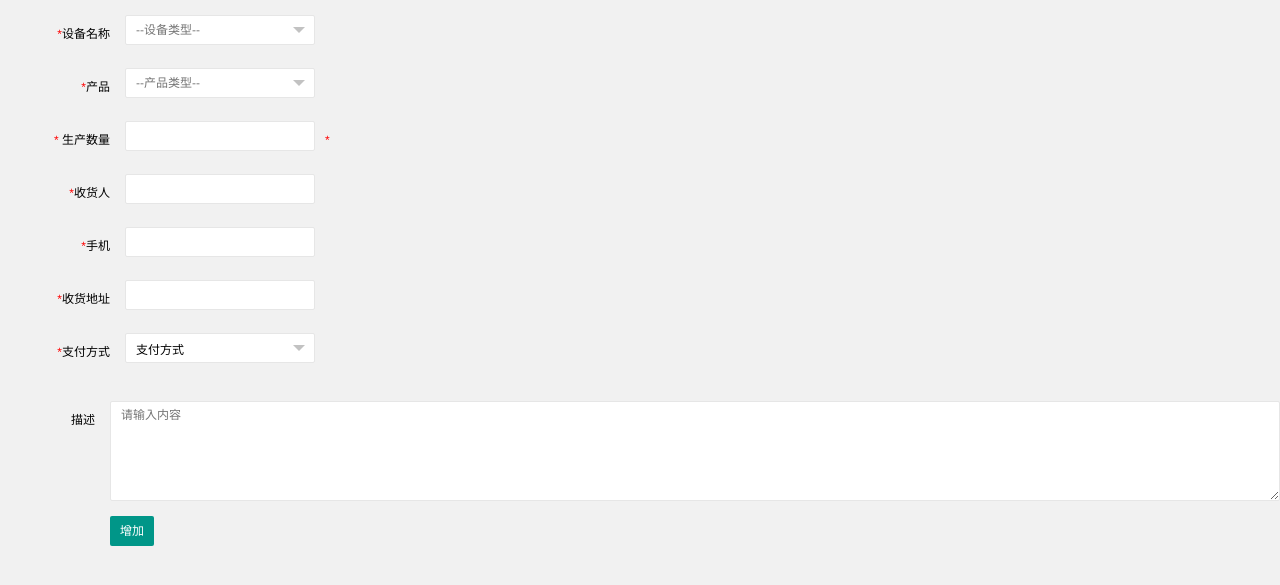
Repository: dfy777/DR-IntelligentManager
Page: IntelligentManager/src/main/resources/static/order-add.html
The author's editor kept a copy of each file at every save. The page is drawn from the files as they stood at one save, then again after the next save.
The browser window is 1280 px wide. The pictures show the whole page.
The page's requests for data from a server got no answer.

Above is the page before, as saved 2021-04-28 07:36:13.

### IntelligentManager/src/main/resources/static/order-add.html
<!DOCTYPE html>
<html class="x-admin-sm">

    <head>
        <meta charset="UTF-8">
        <title>欢迎页面-X-admin2.2</title>
        <meta name="renderer" content="webkit">
        <meta http-equiv="X-UA-Compatible" content="IE=edge,chrome=1">
        <meta name="viewport" content="width=device-width,user-scalable=yes, minimum-scale=0.4, initial-scale=0.8,target-densitydpi=low-dpi" />
        <link rel="stylesheet" href="./css/font.css">
        <link rel="stylesheet" href="./css/xadmin.css">
        <script type="text/javascript" src="./lib/layui/layui.js" charset="utf-8"></script>
        <script type="text/javascript" src="./js/xadmin.js"></script>
        <!-- 让IE8/9支持媒体查询，从而兼容栅格 -->
        <!--[if lt IE 9]>
            <script src="https://cdn.staticfile.org/html5shiv/r29/html5.min.js"></script>
            <script src="https://cdn.staticfile.org/respond.js/1.4.2/respond.min.js"></script>
        <![endif]-->
    </head>

    <body>
        <div class="layui-fluid">
            <div class="layui-row">
                <form class="layui-form">
                    <div class="layui-form-item">
                        <label for="device" class="layui-form-label">
                            <span class="x-red">*</span>设备名称</label>
                        <div class="layui-input-inline">
                            <select id="shipping" name="shipping" class="valid" lay-filter="changedev" lay-verify="required">
                                <option value="">--设备类型--</option>
                            </select>
                        </div>
                    </div>
                    <div class="layui-form-item">
                        <label for="product" class="layui-form-label">
                            <span class="x-red">*</span>产品</label>
                        <div class="layui-input-inline">
                            <select id="productlist" name="productlist" class="valid" lay-filter="prod">
                                <option value="">--产品类型--</option>
                            </select>
                        </div>
                    </div>
                    <div class="layui-form-item">
                        <label for="prodnum" class="layui-form-label">
                            <span class="x-red">*</span>
							<span id="prod-num-limit">生产数量</span>
                        </label>
                        <div class="layui-input-inline">
                            <input type="text" id="prodnum" name="prodnum" required="" lay-verify="prodnumlimit"
                            autocomplete="off" class="layui-input">
                        </div>
                        <div class="layui-form-mid layui-word-aux">
                            <span class="x-red">*</span>
                        </div>
                    </div>
                    <div class="layui-form-item">
                        <label for="username" class="layui-form-label">
                            <span class="x-red">*</span>收货人
                        </label>
                        <div class="layui-input-inline">
                            <input type="text" id="username" name="username" required="" lay-verify="required" autocomplete="off" class="layui-input">
                        </div>
                    </div>
                    <div class="layui-form-item">
                        <label for="phone" class="layui-form-label">
                            <span class="x-red">*</span>手机
                        </label>
                        <div class="layui-input-inline">
                            <input type="text" id="phone" name="phone" required="" lay-verify="phone" autocomplete="off" class="layui-input">
                        </div>
                    </div>
                    <div class="layui-form-item">
                        <label for="username" class="layui-form-label">
                            <span class="x-red">*</span>收货地址
                        </label>
                        <div class="layui-input-inline">
                            <input type="text" id="username" name="username" required="" lay-verify="required" autocomplete="off" class="layui-input">
                        </div>
                    </div>
                    <div class="layui-form-item">
                        <label for="username" class="layui-form-label">
                            <span class="x-red">*</span>支付方式
                        </label>
                        <div class="layui-input-inline">
                            <select name="contrller">
                                <option>支付方式</option>
                                <option>支付宝</option>
                                <option>微信</option>
                                <option>货到付款</option>
                            </select>
                        </div>
                    </div>
                </form>
            </div>
        </div>

        <div class="layui-form-item layui-form-text">
            <label for="desc" class="layui-form-label">描述</label>
            <div class="layui-input-block">
                <textarea placeholder="请输入内容" id="desc" name="desc" class="layui-textarea"></textarea>
            </div>
        </div>
        <div class="layui-form-item">
            <label for="L_repass" class="layui-form-label"></label>
            <button class="layui-btn" lay-filter="add" lay-submit="">增加</button>
        </div>
        </form>
        </div>
        </div>


        <script>
	        var devicename = new Array;
	    	devicename.push("轮盘式发酵翻堆机");
	    	devicename.push("腻子粉生产设备");
	    	devicename.push("水处理设备");
	    	devicename.push("矿泉水生产设备");
	    	devicename.push("尿素生产机械");
	    	devicename.push("玉米面加工设备");
	    	devicename.push("煤枕木生产设备");

	        var device = new Array();
	        device["轮盘式发酵翻堆机"] = ["有机肥"];
	        device["腻子粉生产设备"] = ["腻子粉"];
	        device["水处理设备"] = ["纯水"];
	        device["矿泉水生产设备"] = ["桶装水"];
	        device["尿素生产机械"] = ["玻璃水洗车液","柴油机尾气处理液","尿素"];
	        device["玉米面加工设备"] = ["玉米面"];
	        device["煤枕木生产设备"] = ["枕木"];

	        var prodname = new Array();
	        prodname["有机肥"] = 10;
	        prodname["腻子粉"] = 30;
	        prodname["纯水"] = 25;
	        prodname["桶装水"] = 10;
	        prodname["玻璃水洗车液"] = 50;
	        prodname["柴油机尾气处理液"] = 35;
	        prodname["尿素"] = 15;
	        prodname["玉米面"] = 25;
	        prodname["枕木"] = 25;


	        var device_manage = new Array();
	        device_manage["轮盘式发酵翻堆机"] = 0;
	        device_manage["腻子粉生产设备"] = 0;
	        device_manage["水处理设备"] = 0;
	        device_manage["矿泉水生产设备"] = 0;
	        device_manage["尿素生产机械"] = 0;
	        device_manage["玉米面加工设备"] = 0;
	        device_manage["煤枕木生产设备"] = 0;

            function devicetypename() {
                var devicetypes = document.getElementById("shipping");
                // var gametypes = $("#gametype");
                for (var i in device) {
                    devicetypes.add(new Option(i, i), null);
                }
            }
            //window.onload = devicetypename();
        </script>

		<script>
            layui.use(['form', 'layer'],
            function() {
                $ = layui.jquery;
                var form = layui.form,
                layer = layui.layer;

                $.ajax({
                    type:'get',
                    url:'/home/factory/device/find-deviceinfo',
                    success: function (res) {
                        var successData = JSON.stringify(res);


                        if (res.code == 20000) {
                        	var devicetypes = document.getElementById("shipping");
                        	for (i = 0; i < devicename.length; i++) {
                        	    if (res.data[devicename[i]] != null) {
                        	    	device_manage[devicename[i]] = res.data[devicename[i]];
                        	    	devicetypes.add(new Option(devicename[i], devicename[i]), null);
                        	    }
                        	}
                        	form.render('select');
                        }

                        if (res.data == 30005) {
                        	alert("error:找不到相关数据");
                        }

                    },
                    error: function (res) {
                        var errorData = JSON.stringify(res);
                        alert("error:通信错误");
                    }

                });

                //自定义验证规则
                form.verify({
                    prodnumlimit: function(value) {
                    	if (parseInt(value) < 0) {
                    		return "请输入大于0的数字"
                    	}

                    	if (isNaN(value)) {
                            return "请输入纯数字";
                        }

                    	var selectprod = document.getElementById("productlist").value;
                    	var selectdevice = document.getElementById("shipping").value;
                    	if (device_manage[selectdevice] != null && prodname[selectprod] != null) {
                    		var numlimit = prodname[selectprod] * device_manage[selectdevice];
                            if (parseInt(value) > parseInt(numlimit)) {
                            	return "超出生产数量了";
                            }
                    	}
                    }
                });


                form.on('select(changedev)',function(data) {
                    var selectdevice = document.getElementById("shipping").value;
                    var productlist = document.getElementById("productlist");

                    $("#productlist").empty();

                    for (var i in device) {
                        if (i == selectdevice) {
                            for (var j in device[i]) {
                                proHtml = '<option value="' + device[i][j] + '">' + device[i][j] + '</option>';
                                $("select[name=productlist]").append(proHtml);
                            }
                        }
                    }
                    form.render('select');

                    var selectprod = document.getElementById("productlist").value;
                    if (device_manage[selectdevice] != null) {
                    	var numlimit = prodname[selectprod] * device_manage[selectdevice];
                        document.getElementById("prod-num-limit").innerHTML = "最大数量" + numlimit;
                    } else {
                    	document.getElementById("prod-num-limit").innerHTML = "最大数量" + numlimit;
                    }
                })

                form.on('select(prod)',function(data) {
                	var selectprod = document.getElementById("productlist").value;
                	var selectdevice = document.getElementById("shipping").value;
                	if (device_manage[selectdevice] != null) {
                		var numlimit = prodname[selectprod] * device_manage[selectdevice];
                        document.getElementById("prod-num-limit").innerHTML = "最大数量" + numlimit;
                	} else {
                		document.getElementById("prod-num-limit").innerHTML = "生产数量";
                	}
                })

                //监听提交
                form.on('submit(add)',
                function(data) {
                    console.log(data);
                    //发异步，把数据提交给php
                    layer.alert("增加成功", {
                        icon: 6
                    },
                    function() {
                        // 获得frame索引
                        var index = parent.layer.getFrameIndex(window.name);
                        //关闭当前frame
                        parent.layer.close(index);
                    });
                    return false;
                });

            });
        </script>
        <script>var _hmt = _hmt || []; (function() {
                var hm = document.createElement("script");
                hm.src = "https://hm.baidu.com/hm.js?b393d153aeb26b46e9431fabaf0f6190";
                var s = document.getElementsByTagName("script")[0];
                s.parentNode.insertBefore(hm, s);
            })();</script>
    </body>

</html>

Loaded but not shown: IntelligentManager/src/main/resources/static/css/font.css (common file); IntelligentManager/src/main/resources/static/lib/layui/layui.js (library); IntelligentManager/src/main/resources/static/lib/layui/css/layui.css (library); IntelligentManager/src/main/resources/static/lib/layui/lay/modules/layer.js (library); IntelligentManager/src/main/resources/static/lib/layui/lay/modules/form.js (library); IntelligentManager/src/main/resources/static/lib/layui/css/modules/layer/default/layer.css (library); IntelligentManager/src/main/resources/static/lib/layui/lay/modules/jquery.js (library); IntelligentManager/src/main/resources/static/lib/layui/lay/modules/element.js (library); IntelligentManager/src/main/resources/static/js/xadmin.js (584 lines, source omitted); IntelligentManager/src/main/resources/static/css/xadmin.css (533 lines, source omitted)

After the next save:
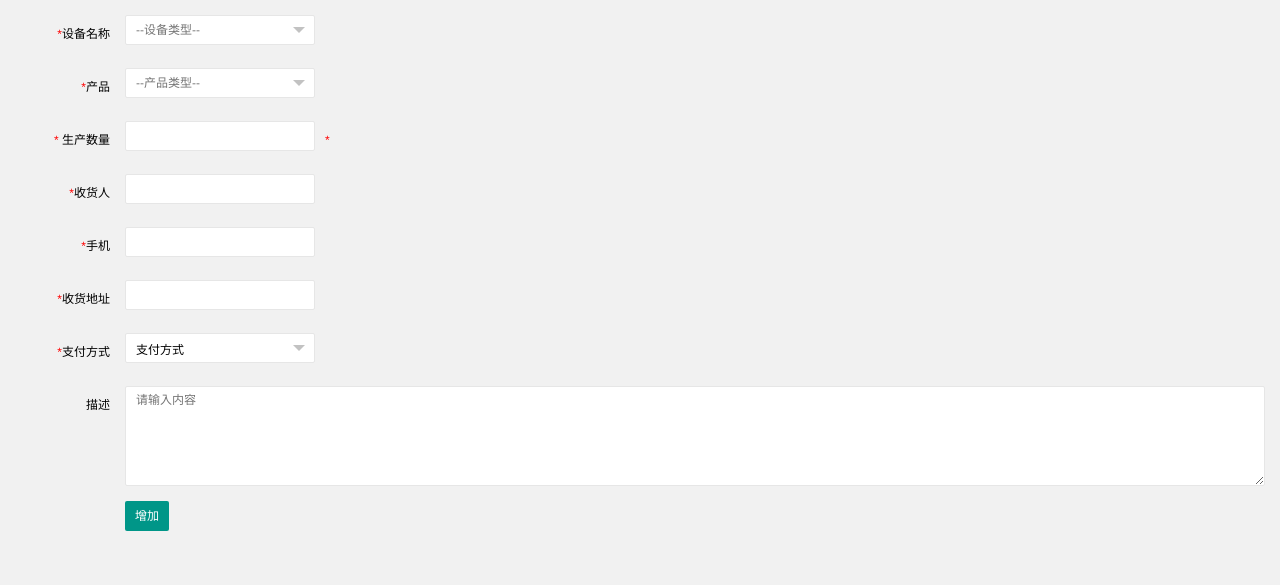
Saved 5 min 12 s later.
--- a/IntelligentManager/src/main/resources/static/order-add.html
+++ b/IntelligentManager/src/main/resources/static/order-add.html
@@ -24,7 +24,8 @@
                 <form class="layui-form">
                     <div class="layui-form-item">
                         <label for="device" class="layui-form-label">
-                            <span class="x-red">*</span>设备名称</label>
+                            <span class="x-red">*</span>设备名称
+                        </label>
                         <div class="layui-input-inline">
                             <select id="shipping" name="shipping" class="valid" lay-filter="changedev" lay-verify="required">
                                 <option value="">--设备类型--</option>
@@ -33,9 +34,10 @@
                     </div>
                     <div class="layui-form-item">
                         <label for="product" class="layui-form-label">
-                            <span class="x-red">*</span>产品</label>
-                        <div class="layui-input-inline">
-                            <select id="productlist" name="productlist" class="valid" lay-filter="prod">
+                            <span class="x-red">*</span>产品
+                        </label>
+                        <div class="layui-input-inline">
+                            <select id="productlist" name="productlist" class="valid" lay-filter="prod" lay-verify="required">
                                 <option value="">--产品类型--</option>
                             </select>
                         </div>
@@ -90,23 +92,21 @@
                             </select>
                         </div>
                     </div>
+                    <div class="layui-form-item layui-form-text">
+                        <label for="desc" class="layui-form-label">描述</label>
+                        <div class="layui-input-block">
+                            <textarea placeholder="请输入内容" id="desc" name="desc" class="layui-textarea"></textarea>
+                        </div>
+                    </div>
+                    <div class="layui-form-item">
+                        <label for="L_repass" class="layui-form-label"></label>
+                        <button class="layui-btn" lay-filter="add" lay-submit="">增加</button>
+                    </div>
                 </form>
             </div>
         </div>
 
-        <div class="layui-form-item layui-form-text">
-            <label for="desc" class="layui-form-label">描述</label>
-            <div class="layui-input-block">
-                <textarea placeholder="请输入内容" id="desc" name="desc" class="layui-textarea"></textarea>
-            </div>
-        </div>
-        <div class="layui-form-item">
-            <label for="L_repass" class="layui-form-label"></label>
-            <button class="layui-btn" lay-filter="add" lay-submit="">增加</button>
-        </div>
-        </form>
-        </div>
-        </div>
+
 
 
         <script>
@@ -166,6 +166,28 @@
                 var form = layui.form,
                 layer = layui.layer;
 
+                //自定义验证规则
+                form.verify({
+                    prodnumlimit: function(value) {
+                    	if (parseInt(value) < 0) {
+                    		return "请输入大于0的数字"
+                    	}
+
+                    	if (isNaN(value)) {
+                            return "请输入纯数字";
+                        }
+
+                    	var selectprod = document.getElementById("productlist").value;
+                    	var selectdevice = document.getElementById("shipping").value;
+                    	if (device_manage[selectdevice] != null && prodname[selectprod] != null) {
+                    		var numlimit = prodname[selectprod] * device_manage[selectdevice];
+                            if (parseInt(value) > parseInt(numlimit)) {
+                            	return "超出生产数量了";
+                            }
+                    	}
+                    }
+                });
+
                 $.ajax({
                     type:'get',
                     url:'/home/factory/device/find-deviceinfo',
@@ -196,27 +218,6 @@
 
                 });
 
-                //自定义验证规则
-                form.verify({
-                    prodnumlimit: function(value) {
-                    	if (parseInt(value) < 0) {
-                    		return "请输入大于0的数字"
-                    	}
-
-                    	if (isNaN(value)) {
-                            return "请输入纯数字";
-                        }
-
-                    	var selectprod = document.getElementById("productlist").value;
-                    	var selectdevice = document.getElementById("shipping").value;
-                    	if (device_manage[selectdevice] != null && prodname[selectprod] != null) {
-                    		var numlimit = prodname[selectprod] * device_manage[selectdevice];
-                            if (parseInt(value) > parseInt(numlimit)) {
-                            	return "超出生产数量了";
-                            }
-                    	}
-                    }
-                });
 
 
                 form.on('select(changedev)',function(data) {
